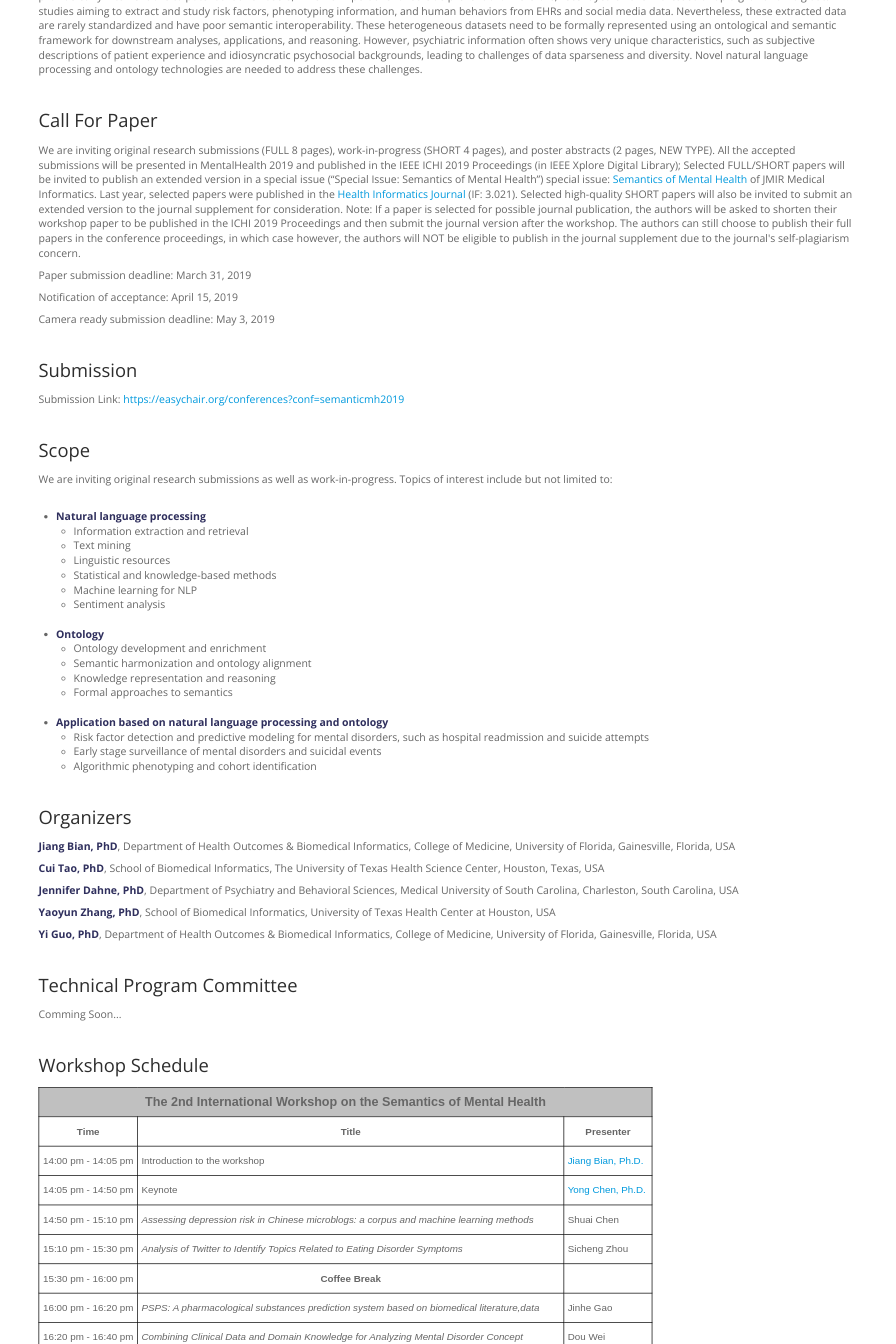
Repository: bianjiang/semantics-powered.org
Page: SemanticMH-2019/index.html
These files come from the project's save history. The page is drawn as it stood at one moment and after the next save; the edit follows.
The browser window is 1280 px wide. The pictures show the part of the page from y = 857 to 2777 px (the page is 3062 px tall before and 3041 px after), at 70% of full size.
Some web libraries are served in a nearby version.

Above is the page before, as saved 2019-11-06 14:10:08.
Console error (its wording comes from the project's code and is left out).

### SemanticMH-2019/index.html
<!DOCTYPE html>
<!--[if lt IE 7]>      <html class="no-js lt-ie9 lt-ie8 lt-ie7"> <![endif]-->
<!--[if IE 7]>         <html class="no-js lt-ie9 lt-ie8"> <![endif]-->
<!--[if IE 8]>         <html class="no-js lt-ie9"> <![endif]-->
<!--[if gt IE 8]><!-->
<html class="no-js">
<!--<![endif]-->

<head>
  <meta charset="utf-8">
  <meta http-equiv="X-UA-Compatible" content="IE=edge,chrome=1">
  <title></title>
  <meta name="description" content="">
  <meta name="viewport" content="width=device-width">

  <link rel="stylesheet" href="css/bootstrap.min.css">
  <style>
    body {
      padding-top: 60px;
      padding-bottom: 40px;
    }
  </style>
  <link rel="stylesheet" href="css/bootstrap-responsive.min.css">
  <link rel="stylesheet" href="css/main.css">

  <script src="js/vendor/modernizr-2.6.2-respond-1.1.0.min.js"></script>
</head>

<body class="preview" id="top" data-spy="scroll" data-target=".subnav" data-offset="80">
  <!--[if lt IE 7]>
            <p class="chromeframe">You are using an <strong>outdated</strong> browser. Please <a href="http://browsehappy.com/">upgrade your browser</a> or <a href="http://www.google.com/chromeframe/?redirect=true">activate Google Chrome Frame</a> to improve your experience.</p>
        <![endif]-->

  <!-- This code is taken from http://twitter.github.com/bootstrap/examples/hero.html -->

  <div class="navbar navbar-fixed-top">
    <div class="navbar-inner">
      <div class="container">

        <a class="btn btn-navbar" data-toggle="collapse" data-target=".nav-collapse">
                        <span class="icon-bar"></span>
                        <span class="icon-bar"></span>
                        <span class="icon-bar"></span>
                    </a>
        <a class="brand" href="#">&nbsp;</a>
        <div class="nav-collapse collapse">
          <ul class="nav">
            <li class="active"><a href="#">Home</a></li>
            <!--
                            <li><a href="#aboutxx">About</a></li>
                            <li><a href="#contact">Contact</a></li>
                            -->
          </ul>
        </div>

      </div>

    </div>
  </div>

  <div class="container">

    <!-- Main hero unit for a primary marketing message or call to action -->
    <!--
            <div class="hero-unit">
                <h1>Hello, world!</h1>
                <p>This is a template for a simple marketing or informational website. It includes a large callout called the hero unit and three supporting pieces of content. Use it as a starting point to create something more unique.</p>
                <p><a class="btn btn-primary btn-large">Learn more &raquo;</a></p>
            </div>
            -->
    <!-- Masthead
================================================== -->
    <header class="jumbotron subhead" id="overview">
      <div class="row">
        <div class="span12">
          <br/>
          <h2>The 2nd International Workshop on the Semantics of Mental Health (SemanticMH 2019)</h2>
          <p>In conjunction with the <a href="http://www.ieee-ichi.org/" target="_blank">7th IEEE International Conference on Healthcare Informatics</a> (ICHI 2019)</p>
          <p>To be held in Xi'an, China</p>
          <p>June 10, 2019</p>
        </div>
        <div class="span6">
          <!--
      <div class="bsa well">
          <div id="bsap_1277971" class="bsarocks bsap_c466df00a3cd5ee8568b5c4983b6bb19"></div>
      </div>
    -->
        </div>
      </div>
      <div class="subnav">
        <ul class="nav nav-pills">
          <li><a href="#history">History</a></li>
          <li><a href="#overview">Overview</a></li>
          <!-- <li><a href="#audience">Audience</a></li> -->
          <li><a href="#callforpaper">Call For Paper</a></li>
          <li><a href="#submissions">Submission</a></li>
          <!-- <li><a href="#rational">Rational</a></li>
          <li><a href="#workshopstructure">Workshop Structure</a></li> -->
          <!-- <li><a href="#publicity">Publicity</a></li> -->
          <li><a href="#scope">Scope</a></li>
          <li><a href="#organizers">Organizers</a></li>
          <li><a href="#techprogcom">Technical Program Committee</a></li>
        </ul>
      </div>
    </header>

    <section id="History">
      <div class="row">
        <div class="span12">
          <h3>History</h3>
          <p>The 1st International Workshop on the Semantics of Mental Health (SemanticMH 2018) was successfully organized and hosted in conjunction with the sixth IEEE International Conference on Healthcare Informatics (ICHI 2018) on June 7th, 2018 in New York City, NY, USA.  Overall, we received 7 high quality submissions and we accepted 6 of them.  The accepted papers were published in the IEEE ICHI 2018 workshop proceedings; and we invited the authors of these 6 accepted papers to submit an extended journal version to a special issue (“Special Issue: Semantics of Mental Health”) in the Health Informatics Journal (IF 3.021).
           All authors presented their work in ICHI 2018; and we have invited two keynote speakers (i.e., Drs. Jessie Tenenbaum and Piper Ranallo) from the Mental Health Informatics Working Group (WG) of the American Medical Informatics Association (AMIA) to present a report from the WG titled, “Mental Health Informatics and Knowledge Representation.”  Overall, SemanticsMH 2018 was highly successful and facilitated the exchange of scholar ideas from a group of interdisciplinary researches.
        </p>
        </div>
      </div>
    </section>

    <section id="overview">
      <div class="row">
        <div class="span12">
          <h3>Overview</h3>
          <p>Mental health is an increasingly important topic in healthcare.  Based on the data from the 2015 National Survey on Drug Use and Health (NSDUH), in the United States 1 in 5 adults experience a mental illness, and nearly 1 in 25 live with a serious mental illness.  Mental health issues often lead to serious adverse consequences including suicidality.  The annual suicide rate in the US has climbed over the past several decades, such that suicide is now the 10th leading cause of death and is associated with $51 billion in annual economic impacts.  Further, the rates for many other mental health disorders such as anxiety, depression without suicidality, bipolar disorder, schizophrenia, and substance use disorders are also alarming.
          In recent years, there has been a rapid growth in the implementation of electronic health record (EHR) systems, leading to an unprecedented expansion in the availability of dense longitudinal datasets for clinical and translational research including those for psychiatric disorders.  Meanwhile, the rapidly increasing, huge archives of consumer data from social media platforms such as Twitter and Facebook also provide unprecedented opportunities to access a broad population with mental health issues and suicidality. The real-time information flow on social media makes it possible to monitor and provide early interventions to potential at-risk users, which is imperative for suicide prevention. Therefore, recent years have witnessed a rapid growth of “big data” studies aiming to extract and study risk factors, phenotyping information, and human behaviors from EHRs and social media data.  Nevertheless, these extracted data are rarely standardized and have poor semantic interoperability.  These heterogeneous datasets need to be formally represented using an ontological and semantic framework for downstream analyses, applications, and reasoning.  However, psychiatric information often shows very unique characteristics, such as subjective descriptions of patient experience and idiosyncratic psychosocial backgrounds, leading to challenges of data sparseness and diversity.  Novel natural language processing and ontology technologies are needed to address these challenges.

        </p>
        </div>
      </div>
    </section>

    <!-- <section id="audience">
      <div class="row">
        <div class="span12">
          <h3>Audience</h3>
          <p>The goal of this workshop is to bring experts in the field of natural language processing, knowledge representation, knowledge management, and health data analytics to discuss innovative analytical methods, applications, and tools to address problems in mental health.
        </p>
        </div>
      </div>
    </section> -->

    <section id="callforpaper">
      <div class="row">
        <div class="span12">
          <h3>Call For Paper</h3>
          <p>We are inviting original research submissions (FULL 8 pages), work-in-progress (SHORT 4 pages), and poster abstracts (2 pages, NEW TYPE).
              All the accepted submissions will be presented in MentalHealth 2019 and published in the IEEE ICHI 2019 Proceedings (in IEEE Xplore Digital Library); Selected FULL/SHORT papers will be invited to publish an extended version in a special issue (“Special Issue: Semantics of Mental Health”) special issue: <a href="https://medinform.jmir.org/announcement/view/190" target="_blank">Semantics of Mental Health</a> of JMIR Medical Informatics.  Last year, selected papers were published in the <a href="http://journals.sagepub.com/home/jhi" target="_blank">Health Informatics Journal</a> (IF: 3.021). Selected high-quality SHORT papers will also be invited to submit an extended version to the journal supplement for consideration.
              Note: If a paper is selected for possible journal publication, the authors will be asked to shorten their workshop paper to be published in the ICHI 2019 Proceedings and then submit the journal version after the workshop. The authors can still choose to publish their full papers in the conference proceedings, in which case however, the authors will NOT be eligible to publish in the journal supplement due to the journal's self-plagiarism concern.
              <!-- <p>Paper submission deadline: March 15, 2019</p> -->
              <p>Paper submission deadline: March 31, 2019</p>
              <p>Notification of acceptance: April 15, 2019</p>
              <p>Camera ready submission deadline: May 3, 2019</p>
        </p>
        </div>
      </div>
    </section>

    <section id="submissions">
      <div class="row">
        <div class="span12">
          <h3>Submission</h3>
          <p>Submission Link: <a href="https://easychair.org/conferences?conf=semanticmh2019" target="_blank">https://easychair.org/conferences?conf=semanticmh2019</a></p>
        </div>
      </div>
    </section>
    <!-- <section id="rational">
      <div class="row">
        <div class="span12">
          <h3>Rational</h3>
          <p>Our proposed workshop aims to provide an international platform for the researchers and scientists in the mental health communities to demonstrate research progresses, share ideas, address questions, and promote collaborations for better representation and analysis of mental health-related terminologies and clinical and research data.
        </p>
        </div>
      </div>
    </section> -->

    <!-- <section id="workshopstructure">
      <div class="row">
        <div class="span12">
          <h3>Workshop Structure</h3>
          <p>We propose a half-day SemanticMH workshop for this year. We will arrange 3 hours for paper presentations and 1 hour for extensive discussions. Different sessions will be arranged based on the topics of presentations. Depending on the number of papers accepted for presentation, each paper presentation will be restricted to 10-25 minutes for a full-length paper, and 5-15 minutes for a short-length paper. All the papers will be submitted and handled through EasyChair and go through peer reviews by at least two reviewers. After the full papers are accepted, we will work with the Health Informatics editors and reviewers to decide which papers will be formally invited for extension to be included in a thematic series in the Health Informatics journal.
        </p>
        </div>
      </div>
    </section>


    <section id="publicity">
      <div class="row">
        <div class="span12">
          <h3>Publicity</h3>
          <p>Various methods will be used for advertisement, including: (i) posting in email mailing lists and through private emails; (ii) creating a workshop discussion email list address and using it for sharing news and posting, (iii) posting in influential websites, (iv) phone calls to colleagues and friends who may be interested, (v) generating a workshop website dedicated to this event, and inviting potential attendees to visit, and (vi) generating a social networking website in LinkedIn to attract public attention, participation, and discussion. The main difference between the workshop website and the LinkedIn website will be that the workshop website is dedicated for posting the workshop information, and the LinkedIn website is used for social networking.
        </p>
        </div>
      </div>
    </section> -->

    <section id="scope">

      <div class="row">
        <div class="span12">
          <h3>Scope</h3>
          <p>We are inviting original research submissions as well as work-in-progress.
            Topics of interest include but not limited to:
          </p>
          <br>
          <ul>
            <li>
              <b>Natural language processing</b>
              <ul>
                <li>Information extraction and retrieval </li>
                <li>Text mining</li>
                <li>Linguistic resources</li>
                <li>Statistical and knowledge-based methods</li>
                <li>Machine learning for NLP</li>
                <li>Sentiment analysis</li>
              </ul>
            </li>
            <br>
            <li>
              <b>Ontology</b>
              <ul>
                <li>Ontology development and enrichment </li>
                <li>Semantic harmonization and ontology alignment</li>
                <li>Knowledge representation and reasoning</li>
                <li>Formal approaches to semantics</li>
              </ul>
            </li>
            <br>
            <li>
              <b>Application based on natural language processing and ontology</b>
              <ul>
                <li>Risk factor detection and predictive modeling for mental disorders, such as hospital readmission and suicide attempts</li>
                <li>Early stage surveillance of mental disorders and suicidal events </li>
                <li>Algorithmic phenotyping and cohort identification </li>
              </ul>
            </li>
          </ul>


        </div>
      </div>
    </section>

    <section id="organizers">
      <div class="row">
        <div class="span12">
          <h3>Organizers</h3>
          <p><b>Jiang Bian, PhD</b>, Department of Health Outcomes & Biomedical Informatics, College of Medicine, University of Florida, Gainesville, Florida, USA</p>
          <p><b>Cui Tao, PhD</b>, School of Biomedical Informatics, The University of Texas Health Science Center, Houston, Texas, USA</p>
          <p><b>Jennifer Dahne, PhD</b>, Department of Psychiatry and Behavioral Sciences, Medical University of South Carolina, Charleston, South Carolina, USA</p>
          <p><b>Yaoyun Zhang, PhD</b>, School of Biomedical Informatics, University of Texas Health Center at Houston, USA</p></p>
          <p><b>Yi Guo, PhD</b>, Department of Health Outcomes & Biomedical Informatics, College of Medicine, University of Florida, Gainesville, Florida, USA</p></p>
        </div>
      </div>
    </section>

    <section id="techprogcom">
      <div class="row">
        <div class="span12">
          <h3>Technical Program Committee</h3>
          <p>Comming Soon...</p>
        </div>
      </div>
    </section>

    <section id="schedule">
      <div class="row">
        <div class="span12">
          <h3>Workshop Schedule</h3>
          <div>
            <style type="text/css">
              .tg  {border-collapse:collapse;border-spacing:0;}
              .tg td{font-family:Arial, sans-serif;font-size:14px;padding:10px 5px;border-style:solid;border-width:1px;overflow:hidden;word-break:normal;border-color:black;}
              .tg th{font-family:Arial, sans-serif;font-size:14px;font-weight:normal;padding:10px 5px;border-style:solid;border-width:1px;overflow:hidden;word-break:normal;border-color:black;}
              .tg .tg-s6z2{text-align:center}
              .tg .tg-baqh{text-align:center;vertical-align:top}
              .tg .tg-j8xs{font-weight:bold;font-size:18px;background-color:#c0c0c0;text-align:center;vertical-align:top}
              .tg .tg-hgcj{font-weight:bold;text-align:center}
              .tg .tg-amwm{font-weight:bold;text-align:center;vertical-align:top}
              .tg .tg-s268{text-align:left}
              .tg .tg-0lax{text-align:left;vertical-align:top}
              .tg .tg-8zwo{font-style:italic;text-align:left;vertical-align:top}
              </style>
              <table class="tg" style="undefined;table-layout:fixed;width:876px;">
              <colgroup>
              <col style="width: 141px">
              <col style="width: 609px">
              <col style="width: 126px">
              </colgroup>
                <tr>
                  <th class="tg-j8xs" colspan="3">The 2nd International Workshop on the Semantics of Mental Health</th>
                </tr>
                <tr>
                  <td class="tg-hgcj">Time</td>
                  <td class="tg-hgcj">Title</td>
                  <td class="tg-amwm">Presenter</td>
                </tr>
                <tr>
                  <td class="tg-s6z2">14:00 pm - 14:05 pm</td>
                  <td class="tg-s268">Introduction to the workshop</td>
                  <td class="tg-0lax"><a target="_blank" href="https://hobi.med.ufl.edu/about/faculty-directory-2/bian-jiang/">Jiang Bian, Ph.D.</a></td>
                </tr>
                <tr>
                  <td class="tg-s6z2">14:05 pm - 14:50 pm</td>
                  <td class="tg-s268">Keynote</td>
                  <td class="tg-0lax"><a target="_blank" href="https://dbe.med.upenn.edu/biostat-research/YongChen">Yong Chen, Ph.D.</a></td>
                </tr>
                <tr>
                  <td class="tg-baqh">14:50 pm - 15:10 pm</td>
                  <td class="tg-8zwo">Assessing depression risk in Chinese microblogs: a corpus and machine learning methods</td>
                  <td class="tg-0lax">Shuai Chen</td>
                </tr>
                <tr>
                  <td class="tg-baqh">15:10 pm - 15:30 pm</td>
                  <td class="tg-8zwo">Analysis of Twitter to Identify Topics Related to Eating Disorder Symptoms</td>
                  <td class="tg-0lax">Sicheng Zhou</td>
                </tr>
                <tr>
                  <td class="tg-baqh">15:30 pm - 16:00 pm</td>
                  <td class="tg-amwm">Coffee Break</td>
                  <td class="tg-0lax"></td>
                </tr>
                <tr>
                  <td class="tg-baqh">16:00 pm - 16:20 pm</td>
                  <td class="tg-8zwo">PSPS: A pharmacological substances prediction system based on biomedical literature,data</td>
                  <td class="tg-0lax">Jinhe Gao</td>
                </tr>
                <tr>
                  <td class="tg-baqh">16:20 pm - 16:40 pm</td>
                  <td class="tg-8zwo">Combining Clinical Data and Domain Knowledge for Analyzing Mental Disorder Concept Relatedness,and Usage</td>
                  <td class="tg-0lax">Dou Wei</td>
                </tr>
                <tr>
                  <td class="tg-baqh">16:40 pm - 17:00 pm</td>
                  <td class="tg-8zwo">STAT: A Web-based Semantic Text Annotation Tool to Assist Building Mental Health Knowledge Base</td>
                  <td class="tg-0lax">Xing He</td>
                </tr>
                <tr>
                  <td class="tg-baqh">17:00 pm - 17:20 pm</td>
                  <td class="tg-8zwo">Systematic Design of Drug Repurposing-oriented Alzheimer’s Disease Ontology</td>
                  <td class="tg-0lax">Cui Tao</td>
                </tr>
              </table>
          </div>
        </div>
      </div>
    </section>
    <hr>
    <h4><b>Contact:</b> Jiang Bian; <a href="mailto:bianjiang@ufl.edu">bianjiang@ufl.edu</a></h4>
    <footer>
      <p>&copy; SemanticMH 2019</p>
    </footer>

  </div>
  <!-- /container -->

  <script src="//ajax.googleapis.com/ajax/libs/jquery/1.9.1/jquery.min.js"></script>
  <script>
    window.jQuery || document.write('<script src="js/vendor/jquery-1.9.1.min.js"><\/script>')
  </script>

  <script src="js/vendor/bootstrap.min.js"></script>

  <script src="js/plugins.js"></script>
  <script src="js/main.js"></script>
  <script>
      (function (i, s, o, g, r, a, m) {
i['GoogleAnalyticsObject'] = r; i[r] = i[r] || function () {
        (i[r].q = i[r].q || []).push(arguments)
      }, i[r].l = 1 * new Date(); a = s.createElement(o),
        m = s.getElementsByTagName(o)[0]; a.async = 1; a.src = g; m.parentNode.insertBefore(a, m)
      })(window, document, 'script', 'https://www.google-analytics.com/analytics.js', 'ga');

    ga('create', 'UA-50982144-4', 'auto');
    ga('send', 'pageview');
  </script>
</body>

</html>

Loaded but not shown: SemanticMH-2019/css/bootstrap.min.css (library); SemanticMH-2019/css/bootstrap-responsive.min.css (library); SemanticMH-2019/js/vendor/modernizr-2.6.2-respond-1.1.0.min.js (library); SemanticMH-2019/js/vendor/bootstrap.min.js (library); SemanticMH-2019/js/main.js (95 lines, source omitted); SemanticMH-2019/js/plugins.js (24 lines, source omitted); SemanticMH-2019/css/main.css (463 lines, source omitted)

After the next save:
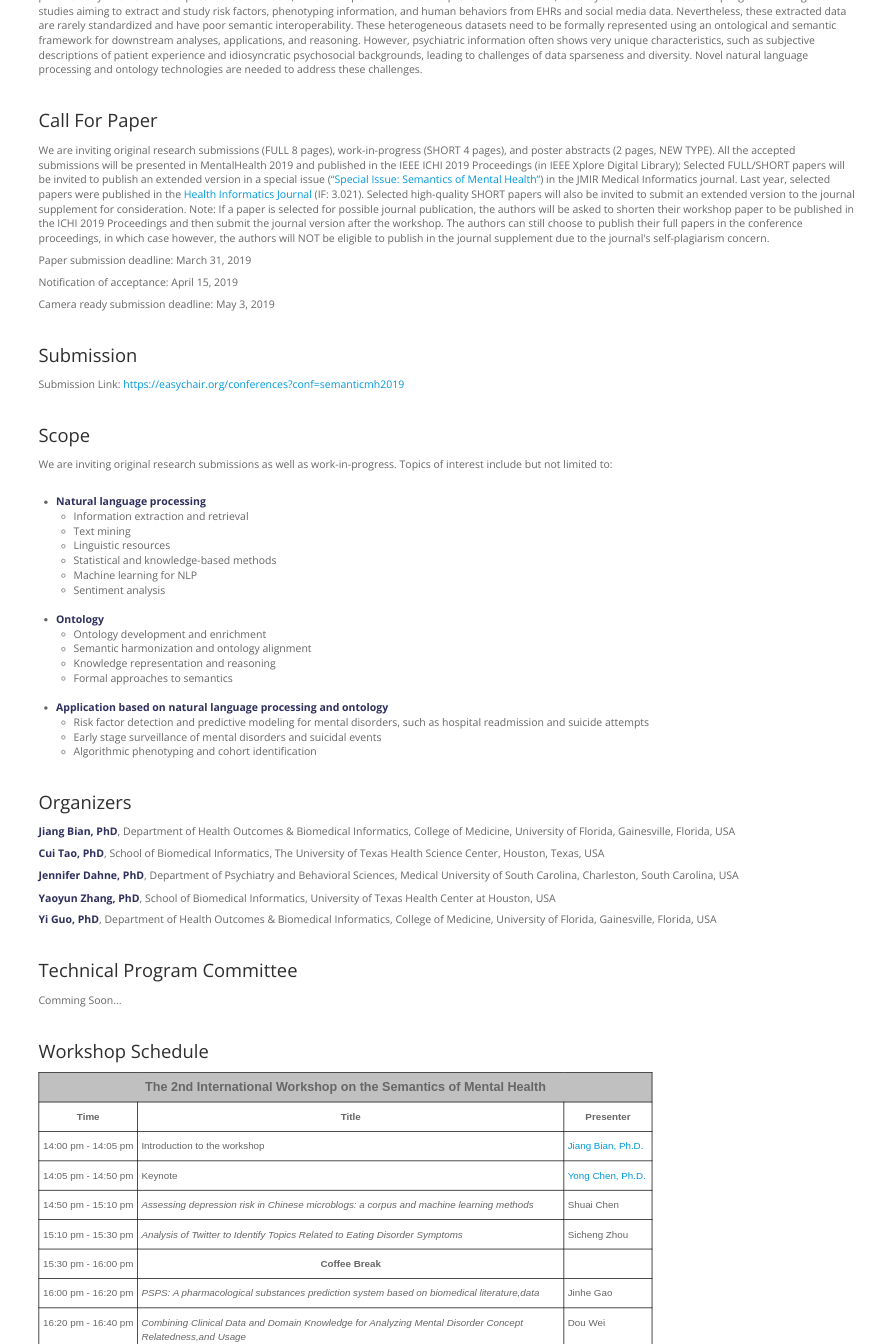
Saved 22 min 9 s later.
--- a/SemanticMH-2019/index.html
+++ b/SemanticMH-2019/index.html
@@ -142,7 +142,7 @@
         <div class="span12">
           <h3>Call For Paper</h3>
           <p>We are inviting original research submissions (FULL 8 pages), work-in-progress (SHORT 4 pages), and poster abstracts (2 pages, NEW TYPE).
-              All the accepted submissions will be presented in MentalHealth 2019 and published in the IEEE ICHI 2019 Proceedings (in IEEE Xplore Digital Library); Selected FULL/SHORT papers will be invited to publish an extended version in a special issue (“Special Issue: Semantics of Mental Health”) special issue: <a href="https://medinform.jmir.org/announcement/view/190" target="_blank">Semantics of Mental Health</a> of JMIR Medical Informatics.  Last year, selected papers were published in the <a href="http://journals.sagepub.com/home/jhi" target="_blank">Health Informatics Journal</a> (IF: 3.021). Selected high-quality SHORT papers will also be invited to submit an extended version to the journal supplement for consideration.
+              All the accepted submissions will be presented in MentalHealth 2019 and published in the IEEE ICHI 2019 Proceedings (in IEEE Xplore Digital Library); Selected FULL/SHORT papers will be invited to publish an extended version in a special issue (<a href="https://medinform.jmir.org/announcement/view/190" target="_blank">“Special Issue: Semantics of Mental Health”</a>) in the JMIR Medical Informatics journal.  Last year, selected papers were published in the <a href="http://journals.sagepub.com/home/jhi" target="_blank">Health Informatics Journal</a> (IF: 3.021). Selected high-quality SHORT papers will also be invited to submit an extended version to the journal supplement for consideration.
               Note: If a paper is selected for possible journal publication, the authors will be asked to shorten their workshop paper to be published in the ICHI 2019 Proceedings and then submit the journal version after the workshop. The authors can still choose to publish their full papers in the conference proceedings, in which case however, the authors will NOT be eligible to publish in the journal supplement due to the journal's self-plagiarism concern.
               <!-- <p>Paper submission deadline: March 15, 2019</p> -->
               <p>Paper submission deadline: March 31, 2019</p>
